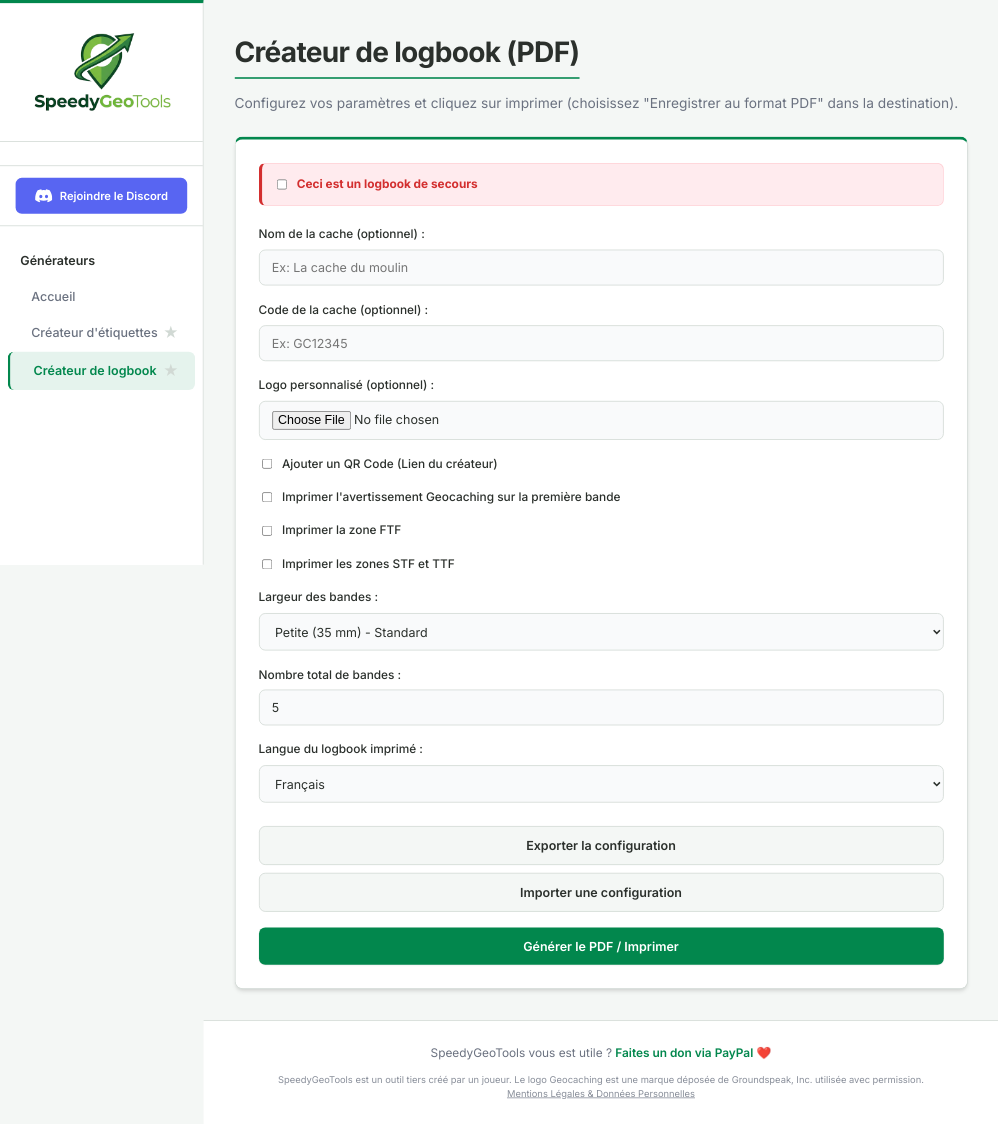
Repository: rodafux/SpeedyGeoTools
Page: logbook.html
The author's editor kept a copy of each file at every save. The page is drawn from the files as they stood at one save, then again after the next save.
The browser window is 1280 px wide. The pictures show the whole page, at 78% of full size.

Above is the page before, as saved 2026-04-10 23:14:24.

After the next save:
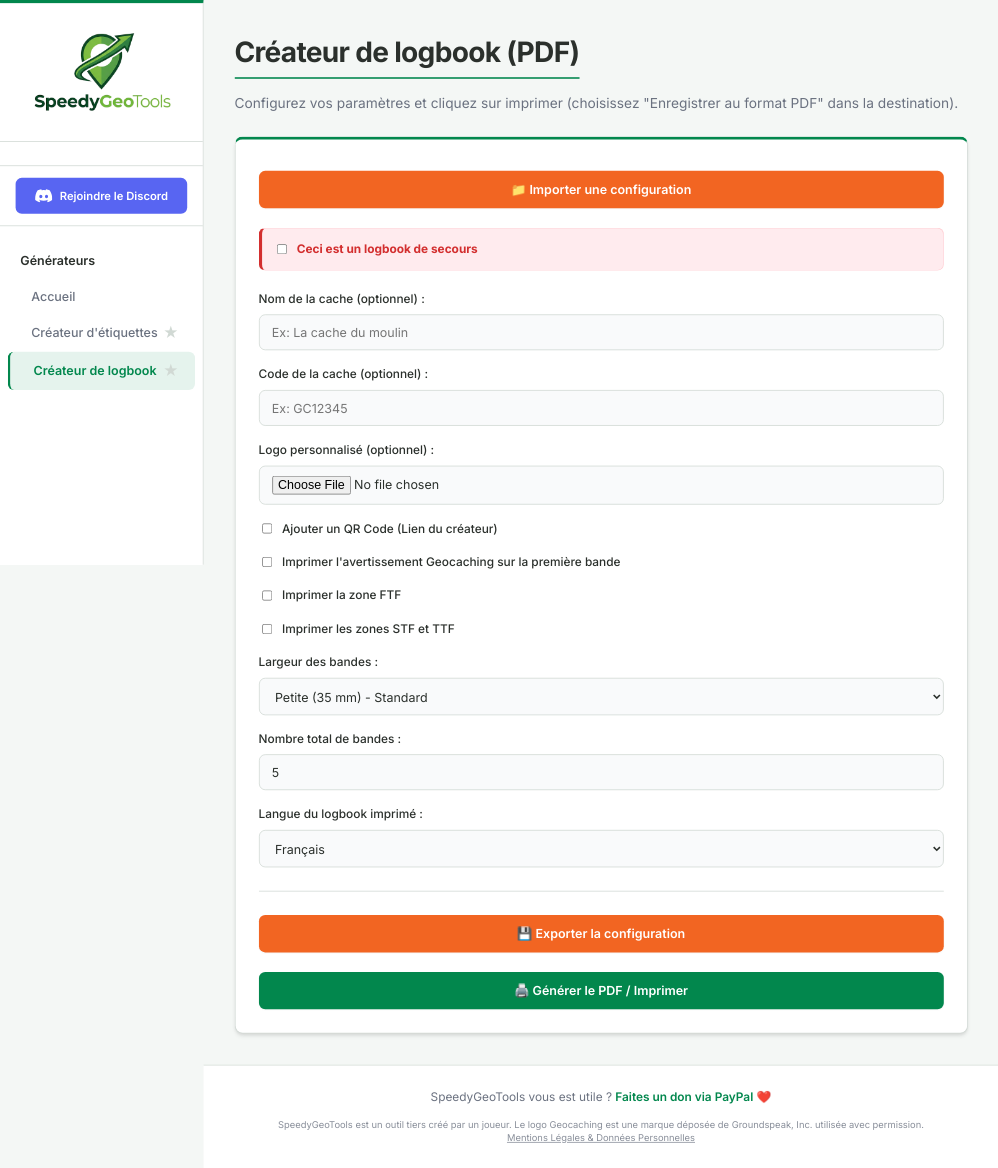
Saved 7 s later.
--- a/logbook.html
+++ b/logbook.html
@@ -40,6 +40,11 @@
             <p class="subtitle">Configurez vos paramètres et cliquez sur imprimer (choisissez "Enregistrer au format PDF" dans la destination).</p>
             <div class="main-layout" style="display:block;">
                 <div class="controls-panel">
+                    <div style="margin-bottom: 25px;">
+                        <input type="file" id="importLogbook" accept=".json" onchange="importLogbookConfig(event)" style="display: none;">
+                        <button onclick="document.getElementById('importLogbook').click()" class="btn-secondary">📁 Importer une configuration</button>
+                    </div>
+
                     <div class="form-group checkbox-group emergency-toggle">
                         <input type="checkbox" id="isEmergency">
                         <label for="isEmergency" style="color: #d32f2f; font-weight: bold;">Ceci est un logbook de secours</label>
@@ -117,12 +122,11 @@
                             <option value="cs">Čeština (Tchèque)</option>
                         </select>
                     </div>
-                    <div class="import-export-section">
-                        <button onclick="exportLogbookConfig()" class="btn-outline">Exporter la configuration</button>
-                        <input type="file" id="importLogbook" accept=".json" onchange="importLogbookConfig(event)" style="display: none;">
-                        <button onclick="document.getElementById('importLogbook').click()" class="btn-outline">Importer une configuration</button>
+
+                    <div style="margin-top: 30px; border-top: 1px solid var(--border-color); padding-top: 20px;">
+                        <button onclick="exportLogbookConfig()" class="btn-secondary" style="margin-bottom: 15px;">💾 Exporter la configuration</button>
+                        <button onclick="generateAndPrint()">🖨️ Générer le PDF / Imprimer</button>
                     </div>
-                    <button onclick="generateAndPrint()" style="margin-top: 20px;">Générer le PDF / Imprimer</button>
                 </div>
             </div>
         </div>
